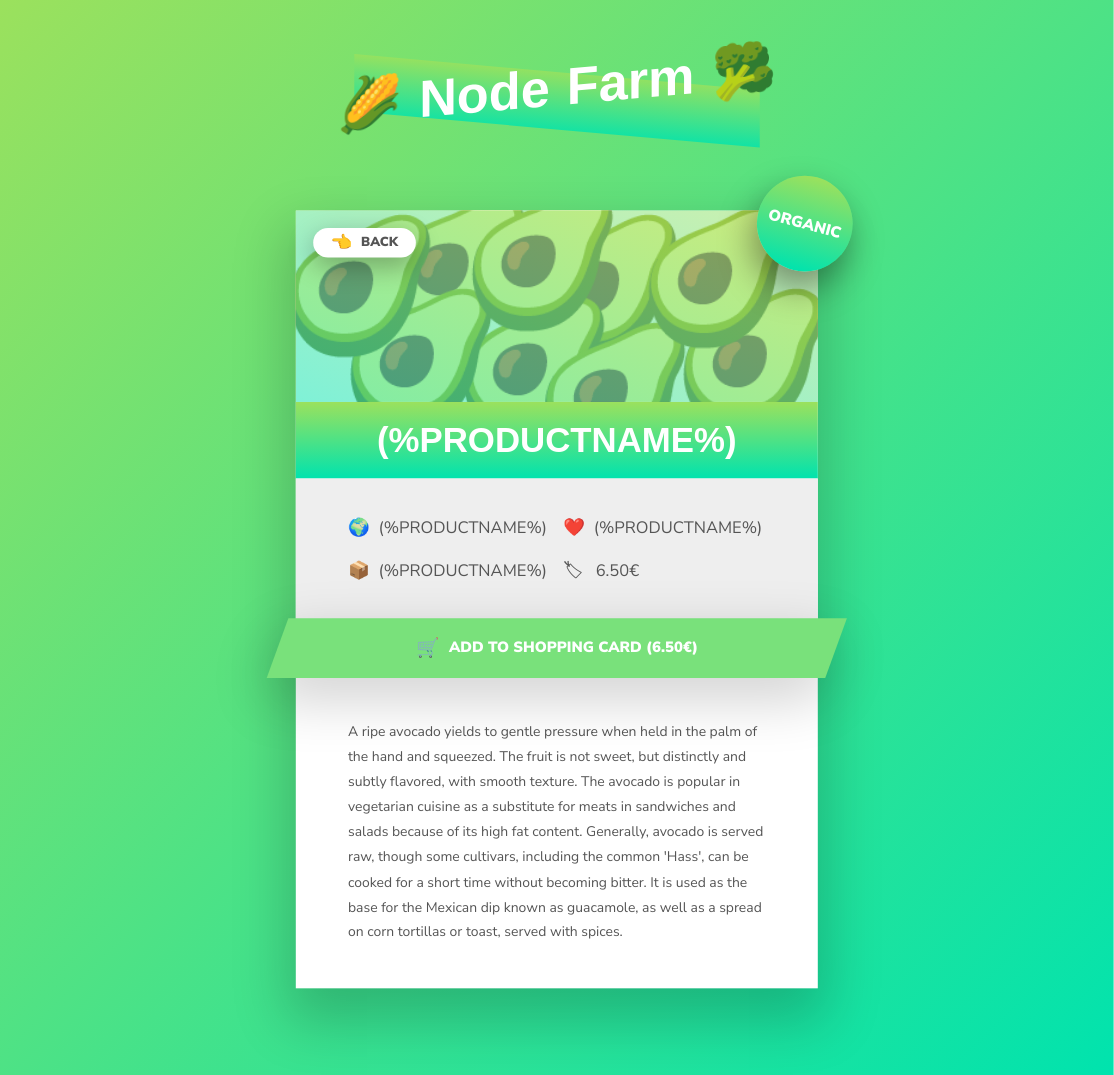
Repository: smit1298/complete-node-bootcamp
Page: node-farm/starter/templates/product.html
The author's editor kept a copy of each file at every save. The page is drawn from the files as they stood at one save, then again after the next save.
The browser window is 1280 px wide. The pictures show the whole page, at 87% of full size.
Some web fonts or font styles are not loaded; a fallback is used.

Above is the page before, as saved 2021-07-21 12:59:31.

After the next save:
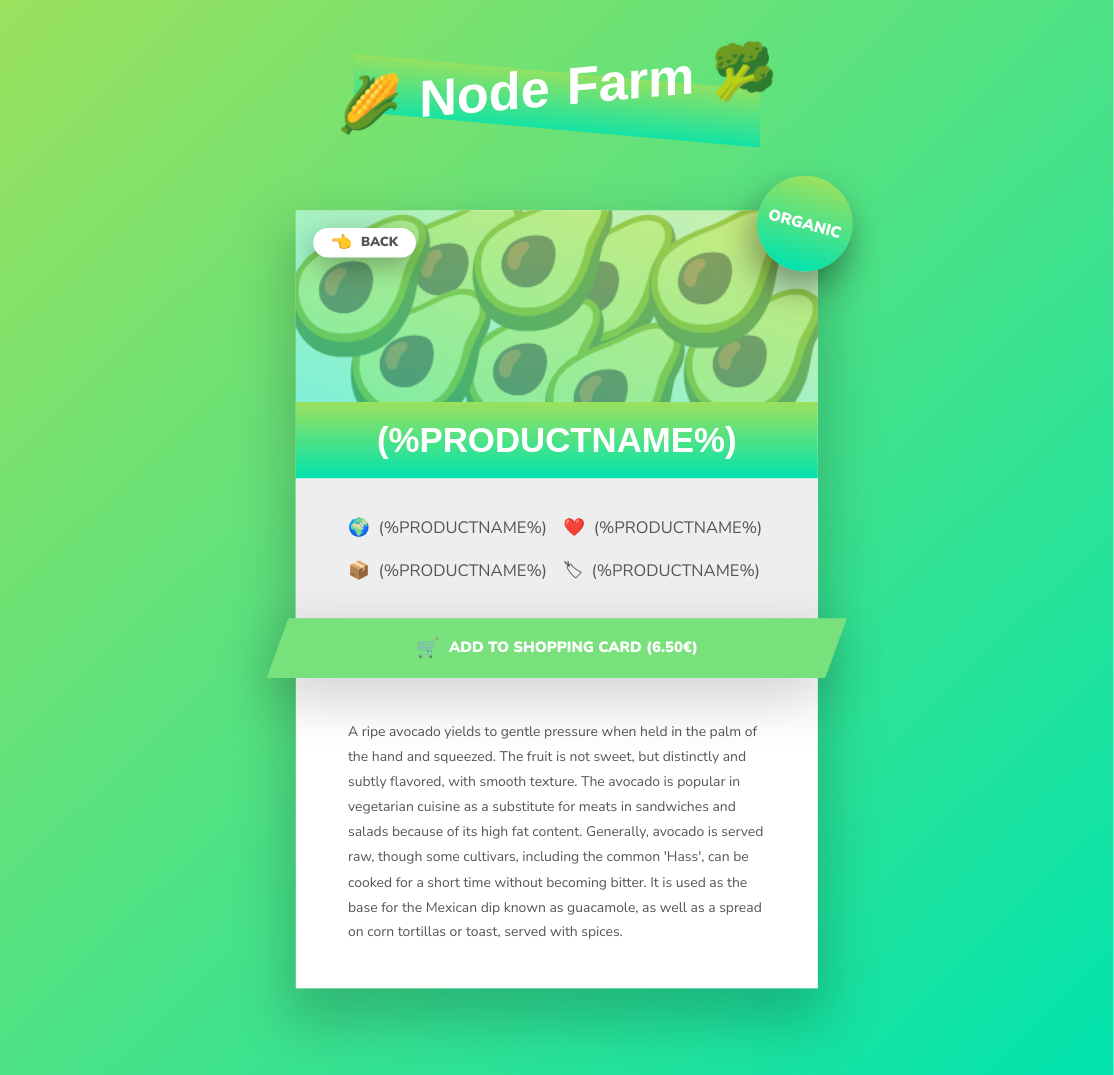
Saved 4 s later.
--- a/node-farm/starter/templates/product.html
+++ b/node-farm/starter/templates/product.html
@@ -290,7 +290,7 @@
           <p><span class="emoji-left">🌍</span>(%PRODUCTNAME%)</p>
           <p><span class="emoji-left">❤️</span>(%PRODUCTNAME%)</p>
           <p><span class="emoji-left">📦</span>(%PRODUCTNAME%)</p>
-          <p><span class="emoji-left">🏷</span> 6.50€</p>
+          <p><span class="emoji-left">🏷</span>(%PRODUCTNAME%)</p>
         </div>
 
         <a href="#" class="product__link">
